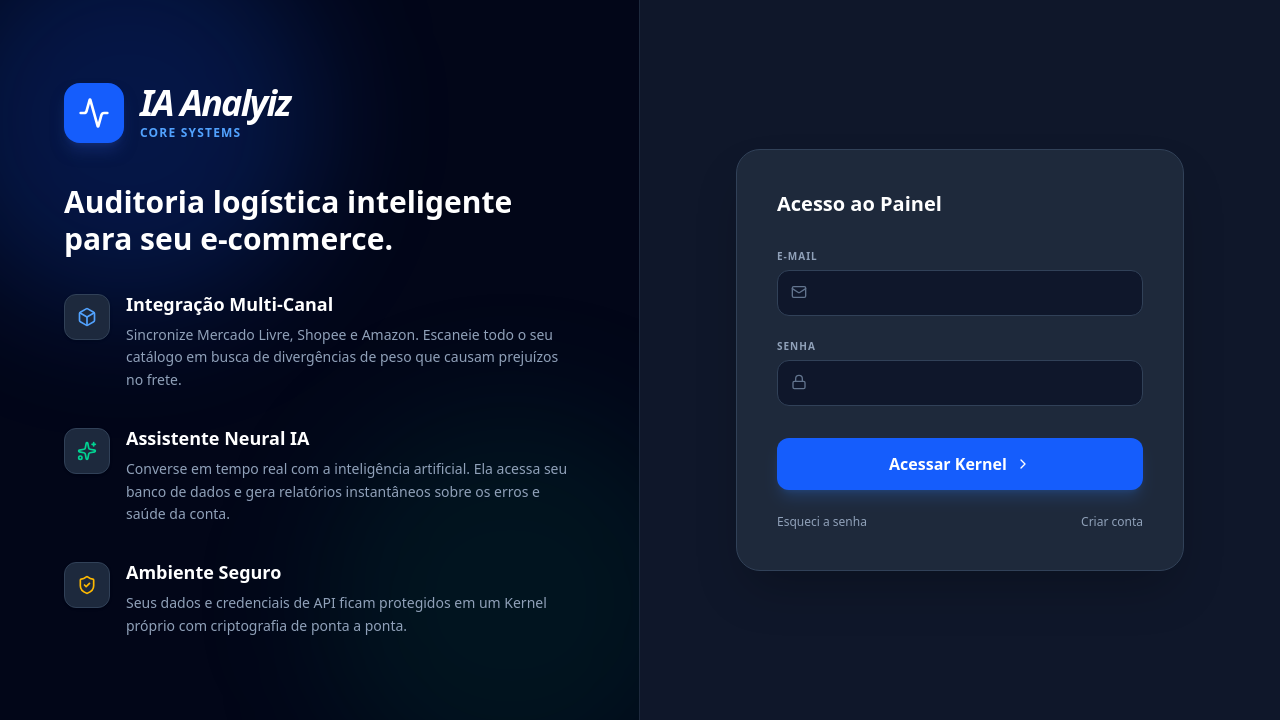
Repository: AnderHonorato/IaAnalyiz
Page: / (app in frontend/)
These files come from the project's save history. The page is drawn as it stood at one moment and after the next save; the edit follows.
The browser window is 1280 px wide. The pictures show the whole page.
The project was rebuilt for these pictures with package versions that can differ from the ones it lists, and the page was loaded fresh each time. Also part of the build but not shown: frontend/src/pages/Register.jsx, frontend/src/pages/Recovery.jsx, frontend/src/components/IaAnalyizChat.jsx, frontend/src/pages/Home.jsx.

Above is the page before, as saved 2026-03-19 19:00:11.

After the next save:
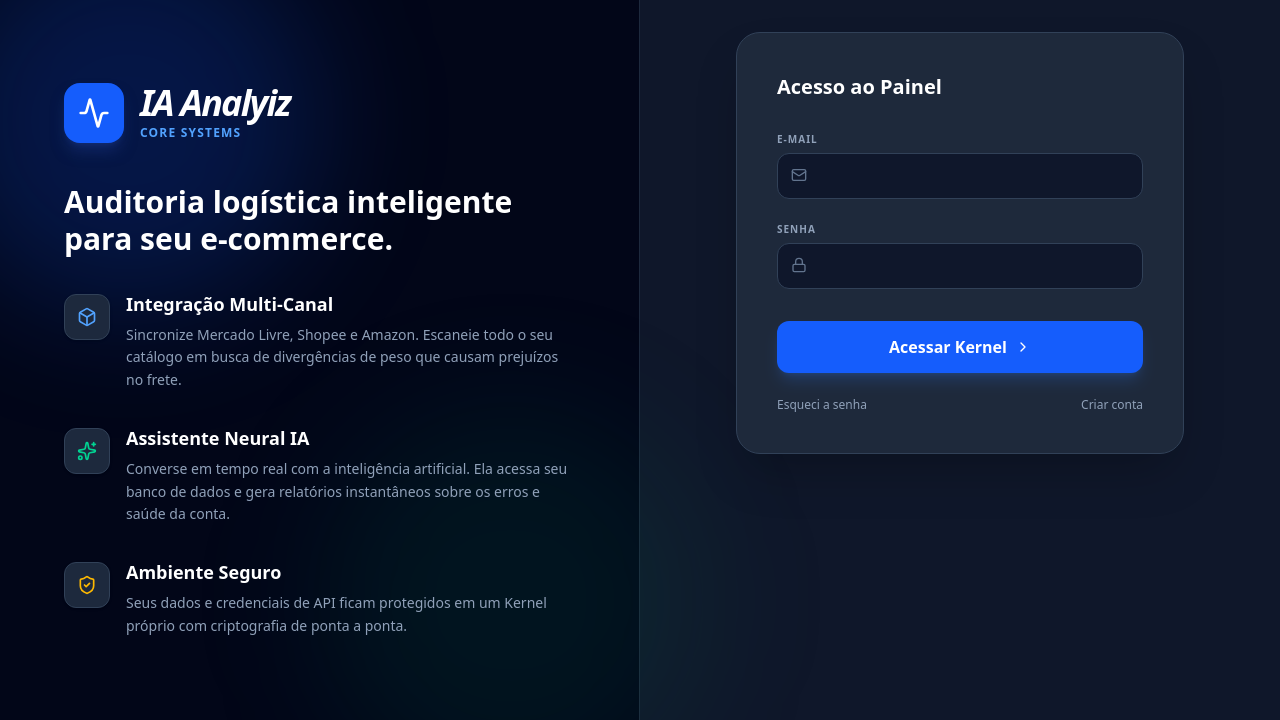
Saved 2 min 32 s later.
--- a/frontend/src/layouts/AuthLayout.jsx
+++ b/frontend/src/layouts/AuthLayout.jsx
@@ -3,9 +3,12 @@ import { Activity, Box, Sparkles, ShieldCheck } from 'lucide-react';
 
 export default function AuthLayout({ children }) {
   return (
-    <div className="min-h-screen w-full bg-[#0f172a] flex font-sans">
-      {/* LADO ESQUERDO: INFORMAÇÕES E BOAS VINDAS (Oculto no Mobile) */}
-      <div className="hidden lg:flex flex-col justify-center w-1/2 p-16 bg-slate-950 border-r border-slate-800 relative overflow-hidden">
+    <div className="min-h-screen w-full bg-[#0f172a] flex font-sans overflow-hidden">
+
+      {/* LADO ESQUERDO: INFORMAÇÕES E BOAS VINDAS (Fixo na tela, Oculto no Mobile) */}
+      <div className="hidden lg:flex flex-col justify-center w-1/2 p-12 xl:p-16 bg-slate-950 border-r border-slate-800 relative h-screen">
+
+        {/* Efeitos de Fundo */}
         <div className="absolute top-[-10%] left-[-10%] w-96 h-96 bg-blue-600/20 rounded-full blur-3xl pointer-events-none"></div>
         <div className="absolute bottom-[-10%] right-[-10%] w-96 h-96 bg-emerald-600/10 rounded-full blur-3xl pointer-events-none"></div>
 
@@ -24,7 +27,7 @@ export default function AuthLayout({ children }) {
 
           <div className="space-y-8">
             <div className="flex items-start gap-4">
-              <div className="bg-slate-800 border border-slate-700 p-3 rounded-xl text-blue-400 mt-1 shadow-sm"><Box className="w-5 h-5" /></div>
+              <div className="bg-slate-800 border border-slate-700 p-3 rounded-xl text-blue-400 mt-1 shadow-sm shrink-0"><Box className="w-5 h-5" /></div>
               <div>
                 <h3 className="text-white font-bold mb-1.5 text-lg">Integração Multi-Canal</h3>
                 <p className="text-slate-400 text-sm leading-relaxed">Sincronize Mercado Livre, Shopee e Amazon. Escaneie todo o seu catálogo em busca de divergências de peso que causam prejuízos no frete.</p>
@@ -32,7 +35,7 @@ export default function AuthLayout({ children }) {
             </div>
 
             <div className="flex items-start gap-4">
-              <div className="bg-slate-800 border border-slate-700 p-3 rounded-xl text-emerald-400 mt-1 shadow-sm"><Sparkles className="w-5 h-5" /></div>
+              <div className="bg-slate-800 border border-slate-700 p-3 rounded-xl text-emerald-400 mt-1 shadow-sm shrink-0"><Sparkles className="w-5 h-5" /></div>
               <div>
                 <h3 className="text-white font-bold mb-1.5 text-lg">Assistente Neural IA</h3>
                 <p className="text-slate-400 text-sm leading-relaxed">Converse em tempo real com a inteligência artificial. Ela acessa seu banco de dados e gera relatórios instantâneos sobre os erros e saúde da conta.</p>
@@ -40,7 +43,7 @@ export default function AuthLayout({ children }) {
             </div>
 
             <div className="flex items-start gap-4">
-              <div className="bg-slate-800 border border-slate-700 p-3 rounded-xl text-amber-400 mt-1 shadow-sm"><ShieldCheck className="w-5 h-5" /></div>
+              <div className="bg-slate-800 border border-slate-700 p-3 rounded-xl text-amber-400 mt-1 shadow-sm shrink-0"><ShieldCheck className="w-5 h-5" /></div>
               <div>
                 <h3 className="text-white font-bold mb-1.5 text-lg">Ambiente Seguro</h3>
                 <p className="text-slate-400 text-sm leading-relaxed">Seus dados e credenciais de API ficam protegidos em um Kernel próprio com criptografia de ponta a ponta.</p>
@@ -50,16 +53,24 @@ export default function AuthLayout({ children }) {
         </div>
       </div>
 
-      {/* LADO DIREITO: FORMULÁRIOS QUE SERÃO INJETADOS */}
-      <div className="w-full lg:w-1/2 flex items-center justify-center p-6 sm:p-12 relative">
-        <div className="bg-[#1e293b] p-8 sm:p-10 rounded-3xl shadow-2xl w-full max-w-md border border-slate-700 relative z-10">
+      {/* LADO DIREITO: FORMULÁRIOS COM SCROLL INDEPENDENTE */}
+      {/* Aqui adicionamos h-screen, overflow-y-auto e padding no eixo Y para garantir que nunca corte. */}
+      <div className="w-full lg:w-1/2 h-screen overflow-y-auto flex flex-col items-center custom-scrollbar relative">
+
+        {/* Usamos my-auto e margens para ele centralizar na tela grande, mas permitir rolar se a tela for pequena */}
+        <div className="bg-[#1e293b] p-8 sm:p-10 rounded-3xl shadow-2xl w-full max-w-md border border-slate-700 relative z-10 my-auto mt-8 mb-8 shrink-0">
+
+          {/* Logo para versão Mobile (Oculto no Desktop) */}
           <div className="lg:hidden flex flex-col items-center justify-center mb-8">
             <div className="bg-blue-600 p-3 rounded-2xl shadow-lg mb-4"><Activity className="w-6 h-6 text-white" /></div>
             <h1 className="text-2xl font-black text-white italic tracking-tighter">IA Analyiz</h1>
           </div>
+
           {children}
+
         </div>
       </div>
+
     </div>
   );
 }
